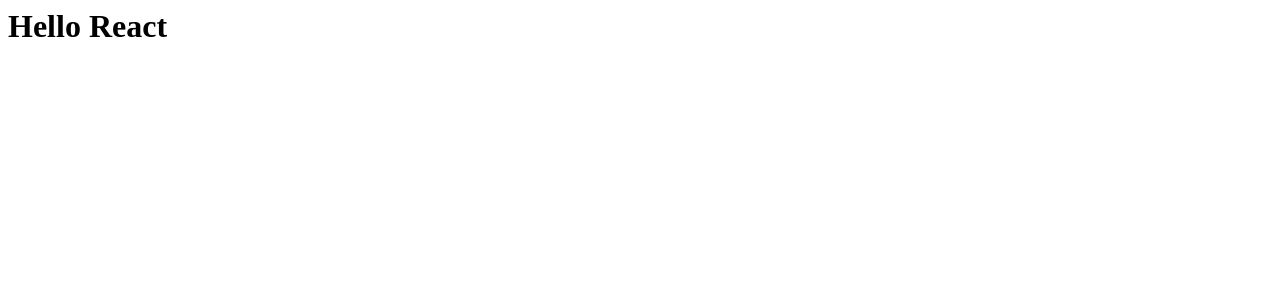
Repository: evemcd/scrimba-react1
Page: index.html
The author's editor kept a copy of each file at every save. The page is drawn from the files as they stood at one save, then again after the next save.
The browser window is 1280 px wide. The pictures show the whole page.
Some web libraries are served in a nearby version.

Above is the page before, as saved 2023-07-29 21:39:12.

### index.html
<html>

<head>
    <link rel="stylesheet" href="index.css">
    <script crossorigin src="https://unpkg.com/react@17/umd/react.development.js"></script>
    <script crossorigin src="https://unpkg.com/react-dom@17/umd/react-dom.development.js"></script>
    <script src="https://unpkg.com/babel-standalone@6/babel.min.js"></script>
</head>

<body>
    <div id="root"></div>
    <script src="index.js" type="text/babel"></script>
</body>

</html>

### index.js
ReactDOM.render(<h1>Hello React</h1>, document.getElementById("root"))

Loaded but not shown: index.css (no copy from this time; the picture is the same without it)

After the next save:
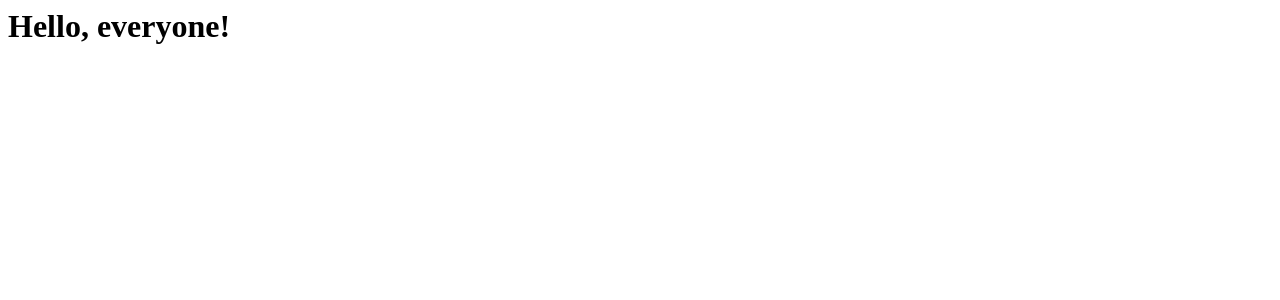
Saved 111 s later.
--- a/index.js
+++ b/index.js
@@ -1 +1 @@
-ReactDOM.render(<h1>Hello React</h1>, document.getElementById("root"))
+ReactDOM.render(<h1>Hello, everyone!</h1>, document.getElementById("root"))
